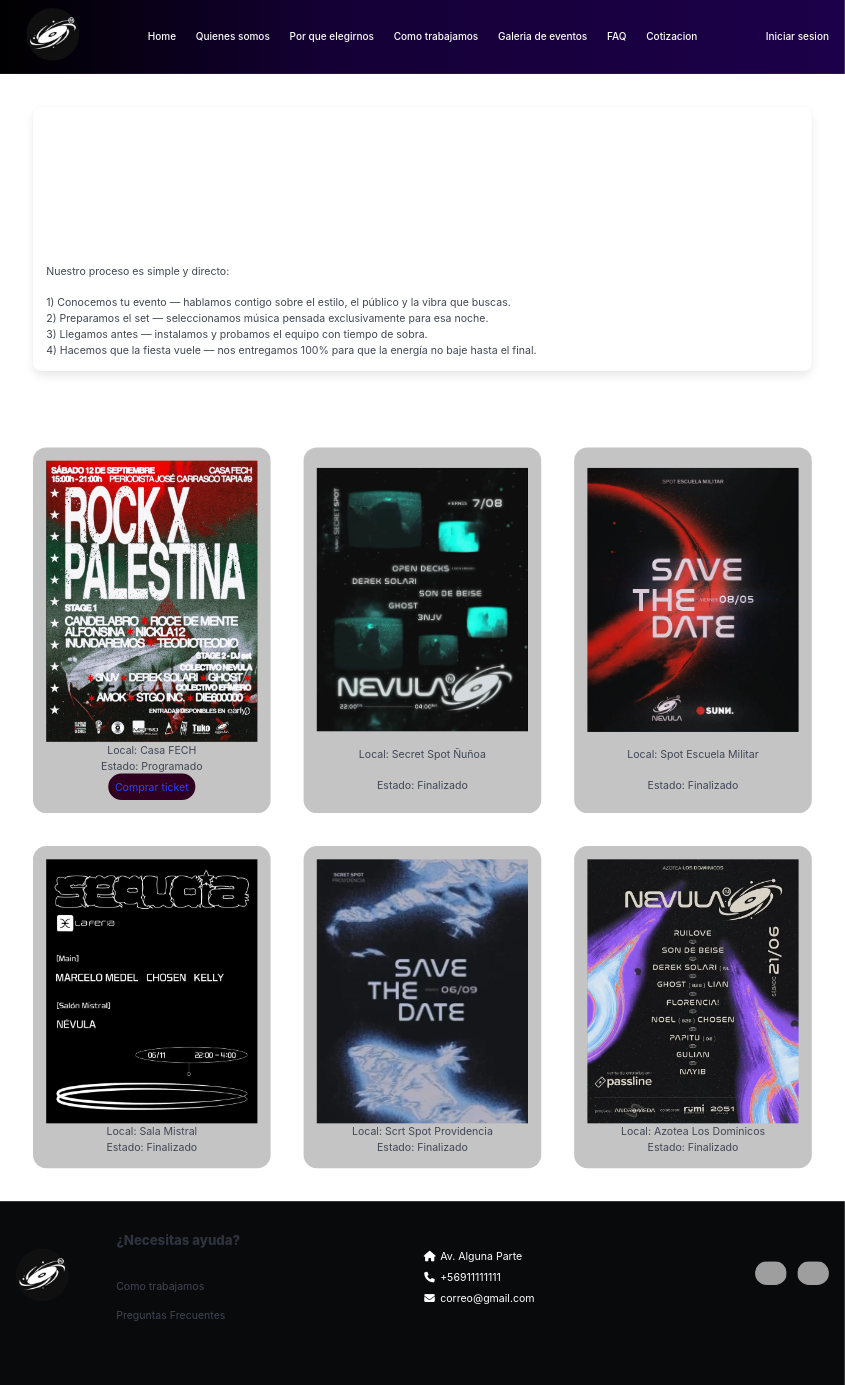
Repository: ChrisMalhue/PaginaNebula
Page: pages/eventos.html
These files come from the project's save history. The page is drawn as it stood at one moment and after the next save; the edit follows.
The browser window is 1280 px wide. The pictures show the whole page, at 66% of full size.
Pictures or frames that could not be fetched are drawn as grey boxes.

Above is the page before, as saved 2026-09-09 22:10:37.

### pages/eventos.html
<!DOCTYPE html>
<html lang="es">
<head>
    <meta charset="UTF-8">
    <meta name="viewport" content="width=device-width, initial-scale=1.0">
    <title>Eventos</title>
    <link rel="stylesheet" href="../styles/style.css">
    <link rel="stylesheet" href="https://cdn.jsdelivr.net/npm/bulma@1.0.4/css/bulma.min.css">
    <link rel="stylesheet" href="https://cdnjs.cloudflare.com/ajax/libs/font-awesome/6.5.1/css/all.min.css">
</head>
<body>
    <header id ="header"></header>

    <section id="trabajamos">

        <div class="trabajamos-item box mb-4">
                <p class="trabajamos-respuesta is-size-4 has-text-white">
                    En Nevula no improvisamos el viaje: cada evento parte con una órbita clara. Escuchamos tu idea, entendemos la energía que buscas y armamos el set pensando en tu público, no en una fórmula genérica. Llegamos con anticipación, probamos cada equipo y nos aseguramos de que todo esté listo para el despegue. Desde la primera conversación hasta el último track, trabajamos codo a codo contigo para que tu fiesta llegue nítida, potente y sin turbulencias.
                    <br>
                    <br>
                    <p class="trabajamos-respuesta2">
                        Nuestro proceso es simple y directo:
                        <br>
                        <br>
                        1) Conocemos tu evento — hablamos contigo sobre el estilo, el público y la vibra que buscas.
                        <br>
                        2) Preparamos el set — seleccionamos música pensada exclusivamente para esa noche.
                        <br>
                        3) Llegamos antes — instalamos y probamos el equipo con tiempo de sobra.
                        <br>
                        4) Hacemos que la fiesta vuele — nos entregamos 100% para que la energía no baje hasta el final.
                    </p>
                </p>
        </div>
    </section>

    <section id="fotos">
        <div>
            <img src="/images/evento6.webp" alt="Evento 6">
            <p>Local: Casa FECH</p>
            <p>Estado: Programado</p>
            <a href="https://pro.byearly.com/"><button>Comprar ticket</button></a>
        </div>

        <div>
            <img src="/images/evento5.webp" alt="Evento 5">
            <p>Local: Secret Spot Ñuñoa</p>
            <p>Estado: Finalizado</p>
        </div>

        <div>
            <img src="/images/evento4.webp" alt="Evento 4">
            <p>Local: Spot Escuela Militar</p>
            <p>Estado: Finalizado</p>
        </div>

        <div>
            <img src="/images/evento3.webp" alt="Evento 3">
            <p>Local: Sala Mistral</p>
            <p>Estado: Finalizado</p>
        </div>

        <div>
            <img src="/images/evento2.webp" alt="Evento 2">
            <p>Local: Scrt Spot Providencia</p>
            <p>Estado: Finalizado</p>
        </div>

        <div>
            <img src="/images/evento1.webp" alt="Evento 1">
            <p>Local: Azotea Los Dominicos</p>
            <p>Estado: Finalizado</p>
        </div>
    </section>

        <section class="agregar box mt-4" id="agregar-evento">
        <div class="contenedor-agregar">

            <div class="campos-inputs">
                <div class="field">
                    <label class="label">Local del evento</label>
                    <div class="control">
                        <input class="input" type="text" id="local_evento" placeholder="Escribe aquí">
                    </div>
                </div>

                <div class="field">
                    <label class="label">Estado</label>
                    <div class="control">
                        <div class="select">
                            <select id="estado_evento">
                                <option value="Programado">Programado</option>
                                <option value="Finalizado">Finalizado</option>
                            </select>
                        </div>
                    </div>
                </div>

                <div class="field">
                    <label class="label">Imagen del evento</label>
                    <div class="control">
                        <input class="input" type="text" id="imagen_evento" placeholder="Pega el link aquí">
                    </div>
                </div>

                <div class="field">
                    <label class="label">Link para comprar entradas</label>
                    <div class="control">
                        <input class="input" type="text" id="link_evento" placeholder="Solo si está Programado">
                    </div>
                </div>
            </div>

            <div class="boton-contenedor">
                <button type="button" class="button is-primary" onclick="agregarEvento()">Agregar Evento</button>
            </div>

        </div>
    </section>
    <footer id="footer-container"></footer>
</body>
<script src="../scripts/script.js"></script>
</html>

### styles/style.css
@import "https://cdn.jsdelivr.net/npm/bulma@1.0.4/css/bulma.min.css";

.custom-navbar {
  /* Lienas encargadas del degradado */
  background: linear-gradient(to right, #000000 0%, #150036 40%, #1c004a 100%) !important;
  width: 100%;
  padding-right: 1.5rem;;
}

header{
  position: sticky;
  top: 0;
  z-index: 100; /* Esto es para que el header siempre quede al frente y no se bugee la pag al scrollear hacia abajo */
}

/* Forzar que las columnas de nebula ocupen todo el ancho */
.custom-navbar .container.columns {
  display: flex !important;
  width: 100%;
  max-width: 100% !important;   /* Esta linea salvo la pagina, estaba mal el header y con esto se centro bien*/
}

/* Seccion del logo a continuacion */

.logo-seccion {
  flex-shrink: 0; /* El shrink hace que el logo no se achique */
  margin-left: 40px;
}

.logo-texto {
  color: #ffffff !important;
  font-size: 1.3rem;
  font-weight: bold;
  display: flex;
  align-items: center;
  gap: 10px;
}

.andlogo{
  width: 80px;
  border-radius: 500px;
}

.menu-seccion {
  display: flex !important;
  justify-content: center !important;
  align-items: center !important;
  flex-grow: 1; /* Esto hace que ocupe todo el espacio entre los links */
  gap: 30px;    /* esto es para el espacio horizontal */
}

.nav-link {
  color: #ffffff !important;
  text-decoration: none;
  font-size: 0.95rem;
  font-weight: 500;
  padding: 5px 0;
  transition: color 0.3s ease;
  white-space: nowrap; /* esto evita que lo largo se separe en 2 lineas */
}

/* Body comienza aqui abajo*/

/* Contenedor, video y texto*/

/* Contenedor: centrado vertical en vez de flex-start, se ve más equilibrado */
.contenedor{
  display: flex;
  align-items: center;
  min-height: 800px;
  gap: 40px;
  padding-top: 60px;
  padding-bottom: 60px;
  background: linear-gradient(to bottom, #000000 0%, #1c004a 35%, #1b0036 70%, #690046 100%) !important;
}

/* Vídeo */
.video-box{
  background-size: cover;
  background-position: center;
  width: 50%;
  height: 700px;
  margin-left: 40px;
  border-radius: 90px;
}

/* Texto alineado a la izquierda, con ancho máximo para que no se disperse */
.texto-box{
  display: flex;
  align-items: flex-start;
  flex-direction: column;
  gap: 24px;
  max-width: 550px;
  padding-right: 40px;
}

/* Título Nevula */
.texto-box h1{
  color: #ffffff;
  font-weight: 700;
  font-size: clamp(2.5rem, 5vw, 4rem);
  letter-spacing: 4px;
  text-transform: uppercase;
  margin: 0;
}

/* Primer párrafo */
.texto-box p {
  color: rgba(255, 255, 255, 0.75);
  font-size: 1.05rem;
  line-height: 1.7;
  margin: 0;
}

/* Segundo párrafo */
.texto-box p:last-of-type {
  color: #ffffff;
  font-weight: 600;
  font-size: 1.15rem;
}

/* Elegirnos */
#elegirnos h2{
  text-align: center;
  margin-top: 20px;
  color: #020202;
  font-weight: 700;
  font-size: clamp(2.5rem, 5vw, 4rem);
  letter-spacing: 4px;
  text-transform: uppercase;
}

#elegirnos-grid{
  display: grid;
  flex-wrap: wrap;
  grid-template-columns: 1fr 1fr 1fr;
  column-gap: 50px;
  row-gap: 50px;
  margin: 50px;
}

#elegirnos-grid img{
  width: 130px;
}

#elegirnos-grid div{
  display: flex;
  flex-direction: column;
  justify-content: space-around;
  align-items: center;
  background-color: #3636364b;
  border-radius: 20px;
  padding: 20px;
}

/* Historial de Eventos */
#fotos{
  display: grid;
  flex-wrap: wrap;
  grid-template-columns: 1fr 1fr 1fr;
  column-gap: 50px;
  row-gap: 50px;
  margin: 50px;
}

#fotos div{
  display: flex;
  flex-direction: column;
  justify-content: space-around;
  align-items: center;
  background-color: #3636364b;
  border-radius: 20px;
  padding: 20px;
}

#fotos div:hover{
  color: white;
  background-color: #240049ab;
  transition: 0.3s;
}

#fotos div button{
  background-color: #300020;
  padding: 10px;
  border-radius: 20px;
}

#fotos div button:hover{
  background-color: #5c003d;
  transition: 0.3s;
}

.trabajamos-item{
  width: 1500px;
}

#trabajamos{
  display: flex;
  align-items: center;
  justify-content: center;
  padding: 50px;
}

.trabajamos-respuesta{
  text-align: justify;
}

/* CSS de footer */
.footer{
  padding: 40px 20px;
}

.andlogo{
  max-width: 120px;
  height: auto;
}

.gap-2{
  gap: 8px;
}

.gap-3{
  gap: 16px;
}

/* Media queries */
@media screen and (max-width: 768px) {
.footer .columns {
  flex-direction: column;
  align-items: center;
  text-align: center;
}



.footer .column {
  margin-left: 0 !important;
  margin-bottom: 1.5rem;
  width: 100%;
}



.footer .is-flex {
  justify-content: center !important;
}

}

### scripts/script.js
// Header

function inyectarHeader(){

    document.getElementById("header").innerHTML = `
    <nav class="custom-navbar py-3">
        <div class="container columns is-vcentered is-mobile m-0">

            <!-- Sección 1: Logotipo (Izquierda) -->
            <section class="column is-narrow p-0 logo-seccion">
                <h1 class="logo-texto">
                  <a href="/index.html">
                    <img class="andlogo" src="/images/logo.webp">
                  </a>
                </h1>
            </section>

            <!-- Sección 2: Enlaces (Centro) -->
            <section class="column is-flex is-justify-content-center p-0 menu-seccion">
                <a class="nav-link is-active" href="../index.html">Home</a>
                <a class="nav-link" href="../index.html#quienes">Quienes somos</a>
                <a class="nav-link" href="../index.html#elegirnos">Por que elegirnos</a>
                <a class="nav-link" href="../pages/eventos.html#trabajamos">Como trabajamos</a>
                <a class="nav-link" href="../pages/eventos.html#fotos">Galeria de eventos</a>
                <a class="nav-link" href="../pages/faqcotiza.html#faq">FAQ</a>
                <a class="nav-link" href="../pages/faqcotiza.html#cotizacion">Cotizacion</a>
            </section>

            <section class="sin_cuenta">
              <a class="nav-link" href="../pages/inicio_secion.html">Iniciar sesion</a>
            </section>

            <section class="con_cuenta">
              <button onclick="cerrarSesion()">Cerrar sesion</button>
            </section>


        </div>
    </nav>`;

    // Aqui vemos si hay alguna sesion creada para despues mosrtar el boton que toque
    const estaLogueado = localStorage.getItem("logueado") === "true";
    const sinCuenta = document.querySelector(".sin_cuenta");
    const conCuenta = document.querySelector(".con_cuenta");

    if (estaLogueado) {
        sinCuenta.style.display = "none";
        conCuenta.style.display = "flex";
    } else {
        sinCuenta.style.display = "flex";
        conCuenta.style.display = "none";
    }

}

// Funciones medias

function recibirDatos(event) {
    event.preventDefault(); // Evita que la página se recargue y se pierda la información

    // Muestra el cuadro nativo con tu mensaje personalizado
    alert("Recibimos tu solicitud, te contactaremos en breve.");

    // Deja todos los campos del formulario completamente vacíos
    event.target.reset();
}

function recibirDatosLogin(event) {
    event.preventDefault();

    const usuarioValido = "admin";
    const contrasenaValida = "1234";

    const form = event.target;
    const usuarioIngresado = document.getElementById("usuario").value;
    const contrasenaIngresada = document.getElementById("contrasena").value;

    if (usuarioIngresado === usuarioValido && contrasenaIngresada === contrasenaValida) {
        localStorage.setItem("logueado", "true");
        window.location.href = "../index.html";
    } else {
        alert("Usuario o contraseña incorrecto");
    }
}

function cerrarSesion() {
    localStorage.removeItem("logueado");
    window.location.href = "../index.html";
}

// Footer

function inyectaFooter(){

  const footerHTML = `
    <footer class="footer has-background-black has-text-white">
    <div class="columns is-vcentered is-justify-content-space-between">
      <div class="column is-narrow">
        <a href="/index.html">
          <img class="andlogo" src="/images/logo.webp">
        </a>
      </div>
      <div class="column is-narrow ml-6">
        <p class="title is-5">¿Necesitas ayuda?</p>
        <br>
        <p class="subtitle is-6"><a class="has-text-current" href="/pages/eventos.html">Como trabajamos</a></p>
        <p class="subtitle is-6"><a class="has-text-current" href="/pages/faqcotiza.html">Preguntas Frecuentes</a></p>
      </div>

      <div class="column is-flex is-justify-content-flex-end">
        <div class="is-flex is-flex-direction-column gap-2">
          <span class="icon-text">
            <span class="icon"><i class="fa-solid fa-house"></i></span>
            <span>Av. Alguna Parte</span>
          </span>
          <span class="icon-text">
            <span class="icon"><i class="fa-solid fa-phone"></i></span>
            <span>+56911111111</span>
          </span>
          <span class="icon-text">
            <span class="icon"><i class="fa-solid fa-envelope"></i></span>
            <span>correo@gmail.com</span>
          </span>
        </div>
      </div>
      <div class="column is-flex is-justify-content-flex-end">
        <div class="is-flex is-flex-direction-row is-align-items-center gap-3">
          <a href="https://www.instagram.com/nevula.scl/" target="_blank">
            <figure class="image is-48x48">
              <img class="is-rounded" src="https://encrypted-tbn0.gstatic.com/images?q=tbn:ANd9GcR8HUwsS-_LkMQoYL66F7AUH5X4HwhDjzCNMg-_jlvPxQ&s=10" />
            </figure>
          </a>
          <a href="https://www.youtube.com/channel/UCa-jOKgfq2FLccvHXteRdpQ" target="_blank">
            <figure class="image is-48x48">
              <img class="is-rounded" src="https://www.icosix.com/uploads/icons/2025/09/youtube.png" />
            </figure>
          </a>
        </div>
      </div>
    </div>
  </footer>`;

  const container = document.getElementById('footer-container');
  if (container) {
    container.innerHTML = footerHTML;
  }
}

// Funcion de eventos

function agregarEvento() {

    const local = document.getElementById("local_evento").value;
    const estado = document.getElementById("estado_evento").value;
    const imagen = document.getElementById("imagen_evento").value;
    const link = document.getElementById("link_evento").value;

    // Validacion de campos vacios
    if (!local || !imagen) {
        alert("Por favor completa el local y la imagen del evento.");
        return;
    }

    if (estado === "Programado" && !link) {
        alert("Los eventos Programados necesitan un link para comprar entradas.");
        return;
    }

    const contenedorFotos = document.getElementById("fotos");

    // Parecido al trabajo de cartas, se crea el contenedor
    const nuevoEvento = document.createElement("div");

    // el boton de comrpa se muestra solo si el estado agregado es programado
    const botonHTML = estado === "Programado"
        ? `<a href="${link}" target="_blank"><button>Comprar ticket</button></a>`
        : "";

    nuevoEvento.innerHTML = `
        <img src="${imagen}" alt="${local}">
        <p>Local: ${local}</p>
        <p>Estado: ${estado}</p>
        ${botonHTML}
    `;

    contenedorFotos.prepend(nuevoEvento);

    // Limpiamos el formulario
    document.getElementById("local_evento").value = "";
    document.getElementById("imagen_evento").value = "";
    document.getElementById("link_evento").value = "";
}

function controlarVistaAdmin() {
    const estaLogueado = localStorage.getItem("logueado") === "true";
    const seccionAgregar = document.getElementById("agregar-evento");

    if (seccionAgregar) {
        seccionAgregar.style.display = estaLogueado ? "block" : "none";
    }
}

inyectaFooter();
inyectarHeader();
controlarVistaAdmin();

After the next save:
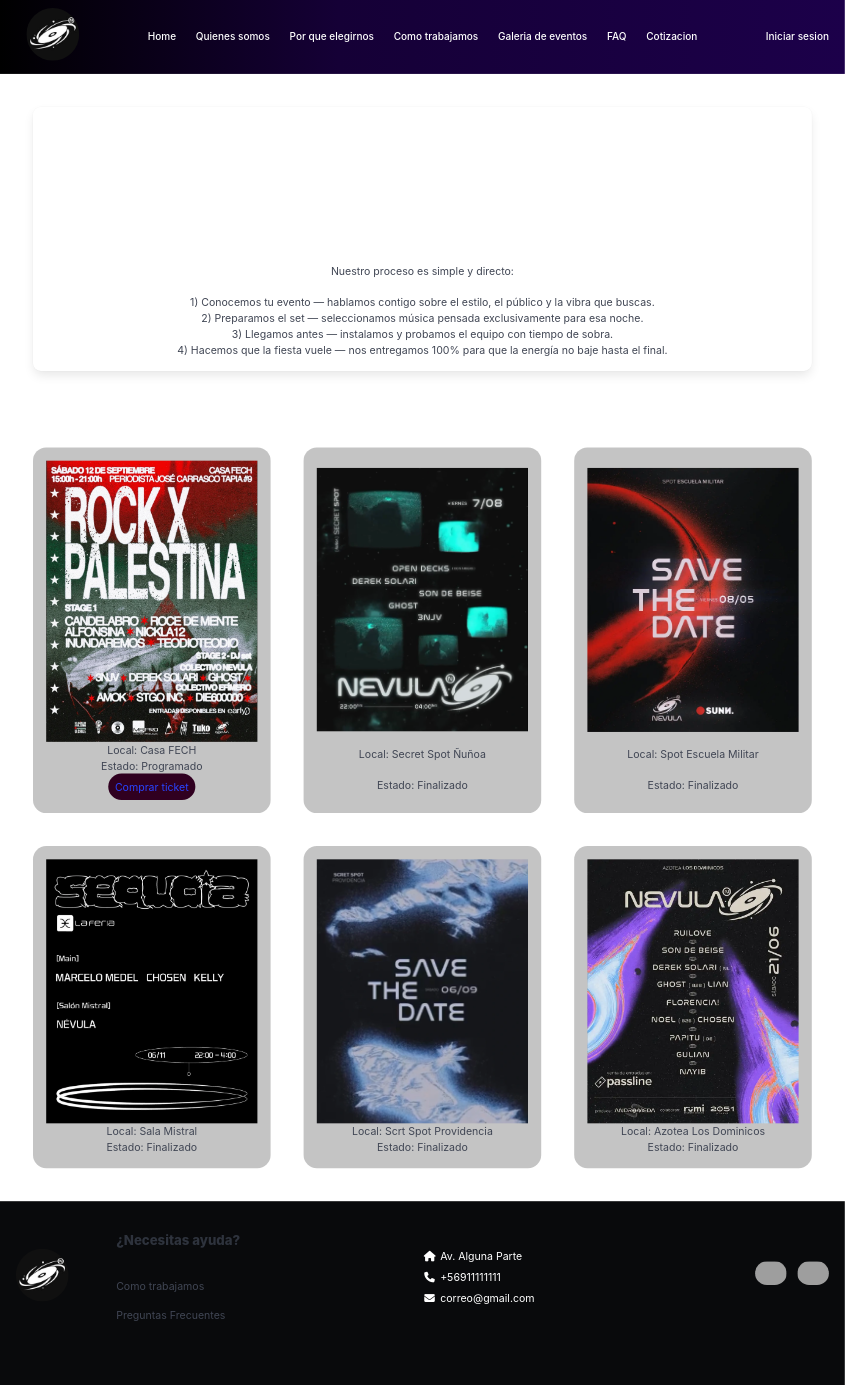
Saved 14 s later.
--- a/styles/style.css
+++ b/styles/style.css
@@ -205,6 +205,10 @@
   text-align: justify;
 }
 
+.trabajamos-respuesta2{
+  text-align: center;
+}
+
 /* CSS de footer */
 .footer{
   padding: 40px 20px;
